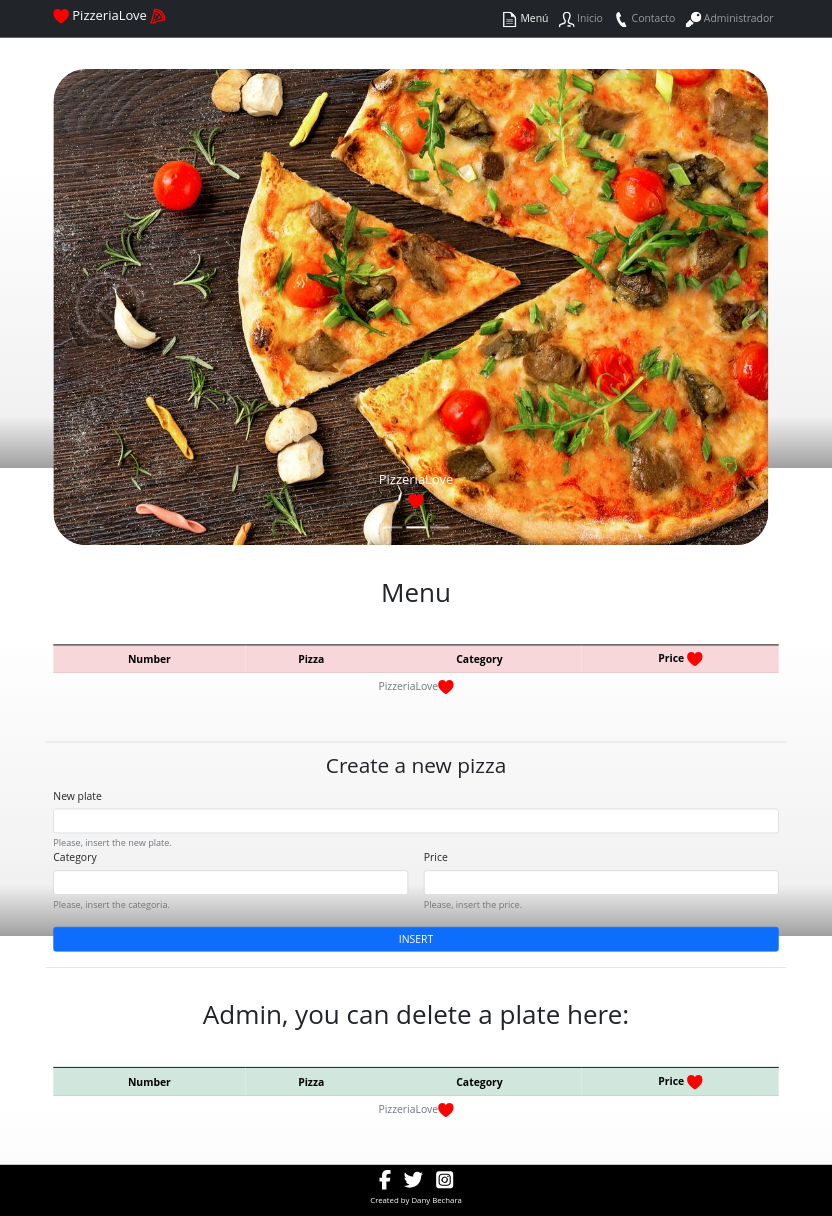
Repository: bechara611/PizzeriaLove
Page: /
An editor plug-in stored every save of this project. The page is shown before and after the next save, followed by the edit.
The browser window is 1280 px wide. The pictures show the whole page, at 65% of full size.
The page's requests for data from a server got no answer. Backgrounds fixed to the window are drawn as part of the page. The project was rebuilt for these pictures with package versions that can differ from the ones it lists, and the page was loaded fresh each time. No one was signed in, and anything a server would have sent is missing. Also part of the build but not shown: src/App.css, src/App.js, src/Elementos/Alerta.js.

Above is the page before, as saved 2022-02-22 18:57:43.

After the next save:
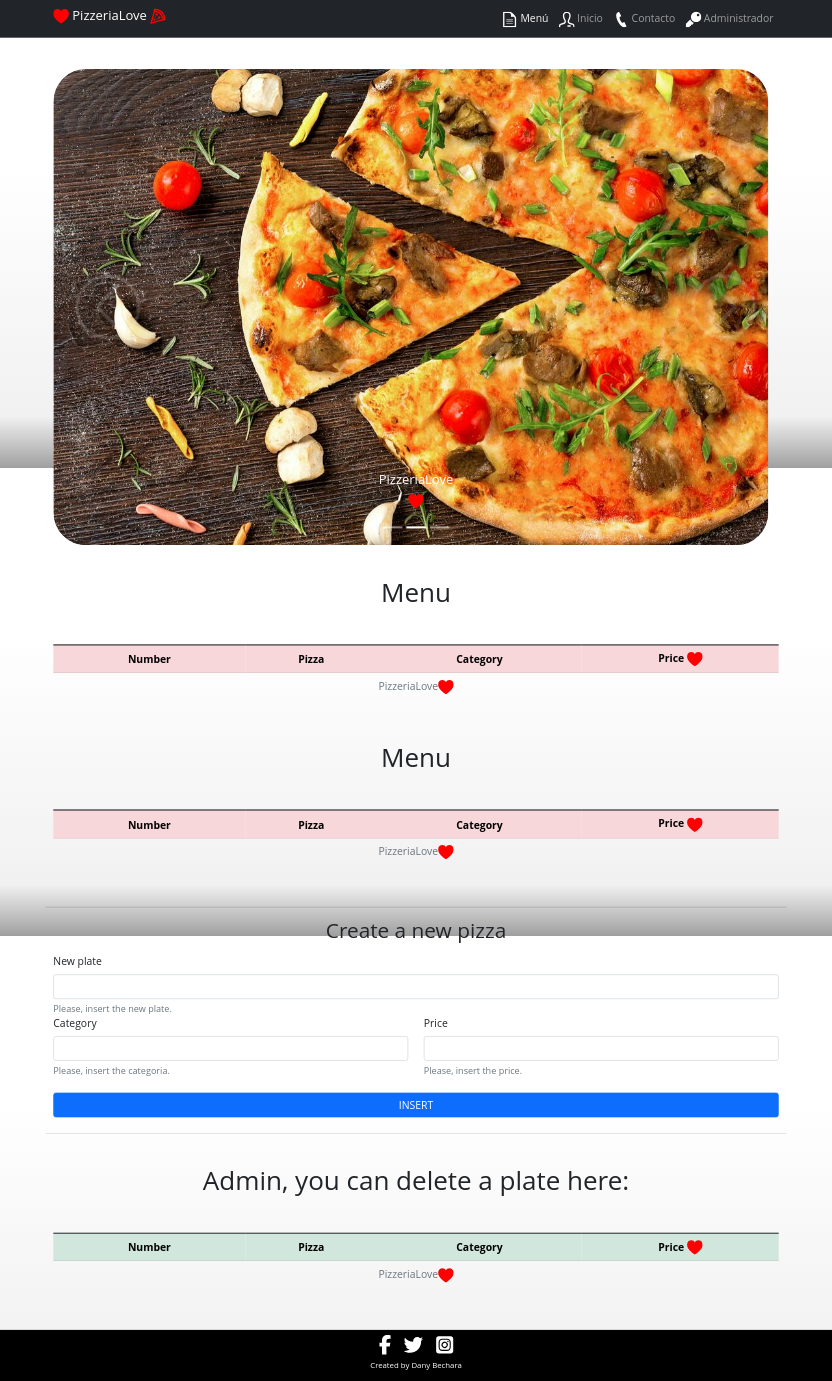
Saved 26 s later.
--- a/src/index.js
+++ b/src/index.js
@@ -25,6 +25,7 @@
   <BrowserRouter>
      <Header administrador={administrador} cambiaradministrador={cambiaradministrador}></Header>
      <Carousel></Carousel>
+     <Menu borrar={false} />
     <Routes>
     <Route path='/' element={<Menu />} ></Route>
     <Route path='/inicio' element={<Menu borrar={false} />} ></Route>

After the save that followed:
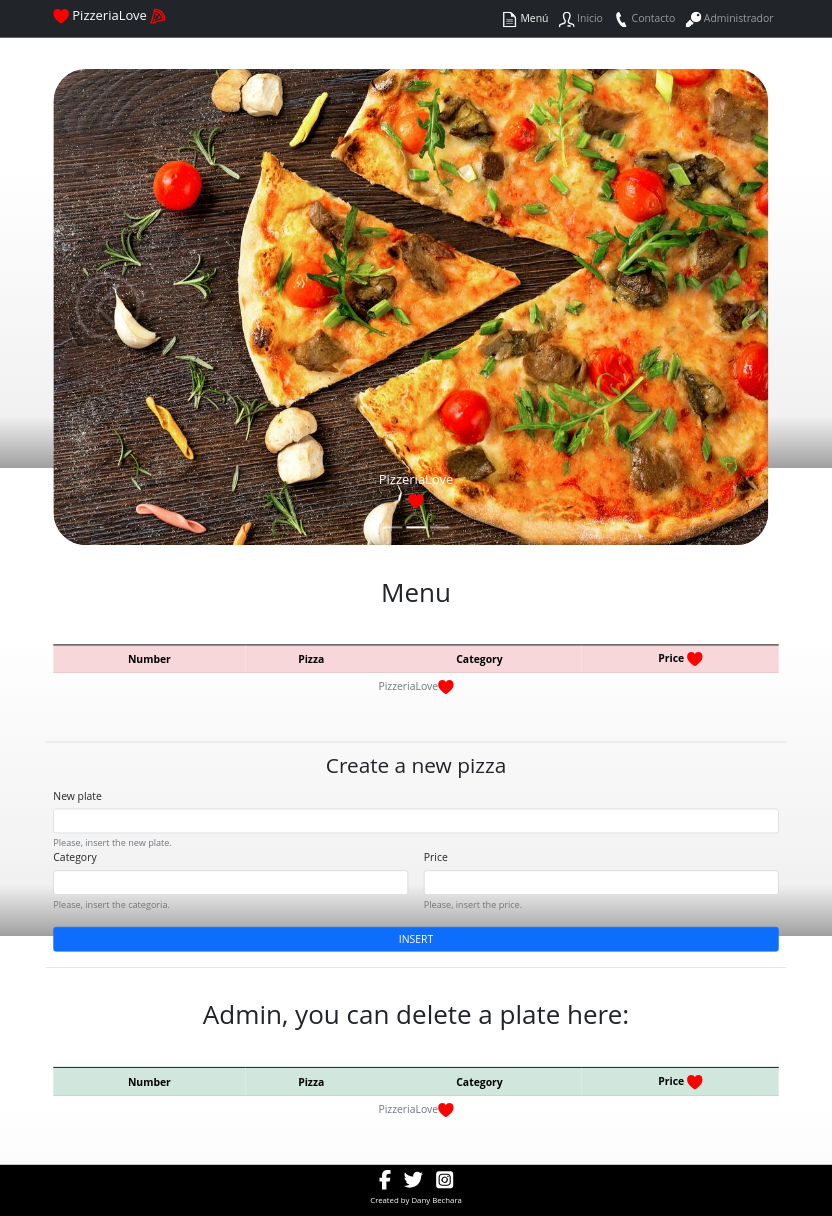
Saved 19 s later.
--- a/src/index.js
+++ b/src/index.js
@@ -25,7 +25,7 @@
   <BrowserRouter>
      <Header administrador={administrador} cambiaradministrador={cambiaradministrador}></Header>
      <Carousel></Carousel>
-     <Menu borrar={false} />
+
     <Routes>
     <Route path='/' element={<Menu />} ></Route>
     <Route path='/inicio' element={<Menu borrar={false} />} ></Route>
